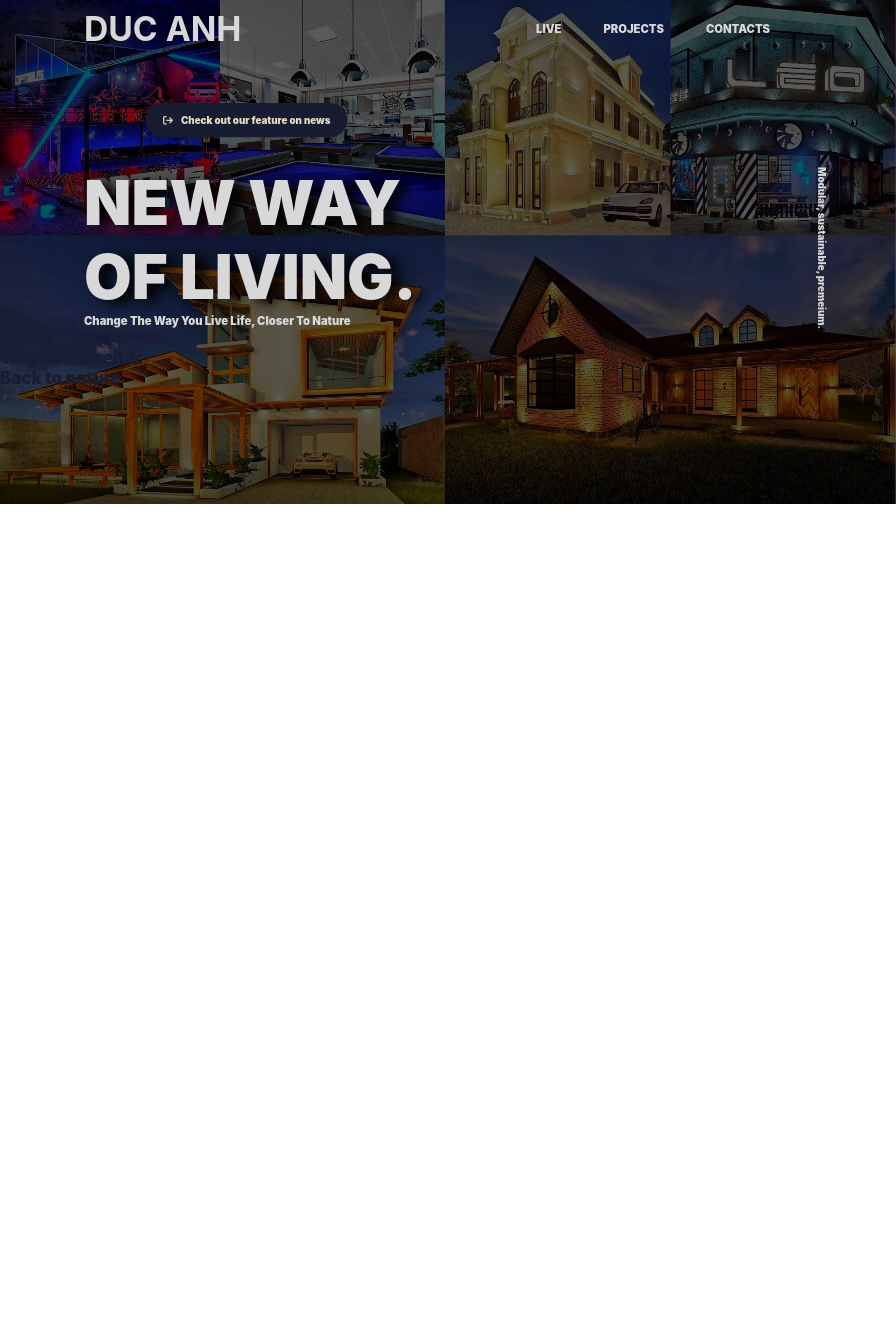
Repository: Ethanxcode/DucAnhNguyen
Page: index.html
The author's editor kept a copy of each file at every save. The page is drawn from the files as they stood at one save, then again after the next save.
The browser window is 1280 px wide. The pictures show the part of the page from y = 0 to 1920 px (the page is 10000 px tall), at 70% of full size.

Above is the page before, as saved 2023-01-14 01:23:24.

After the next save:
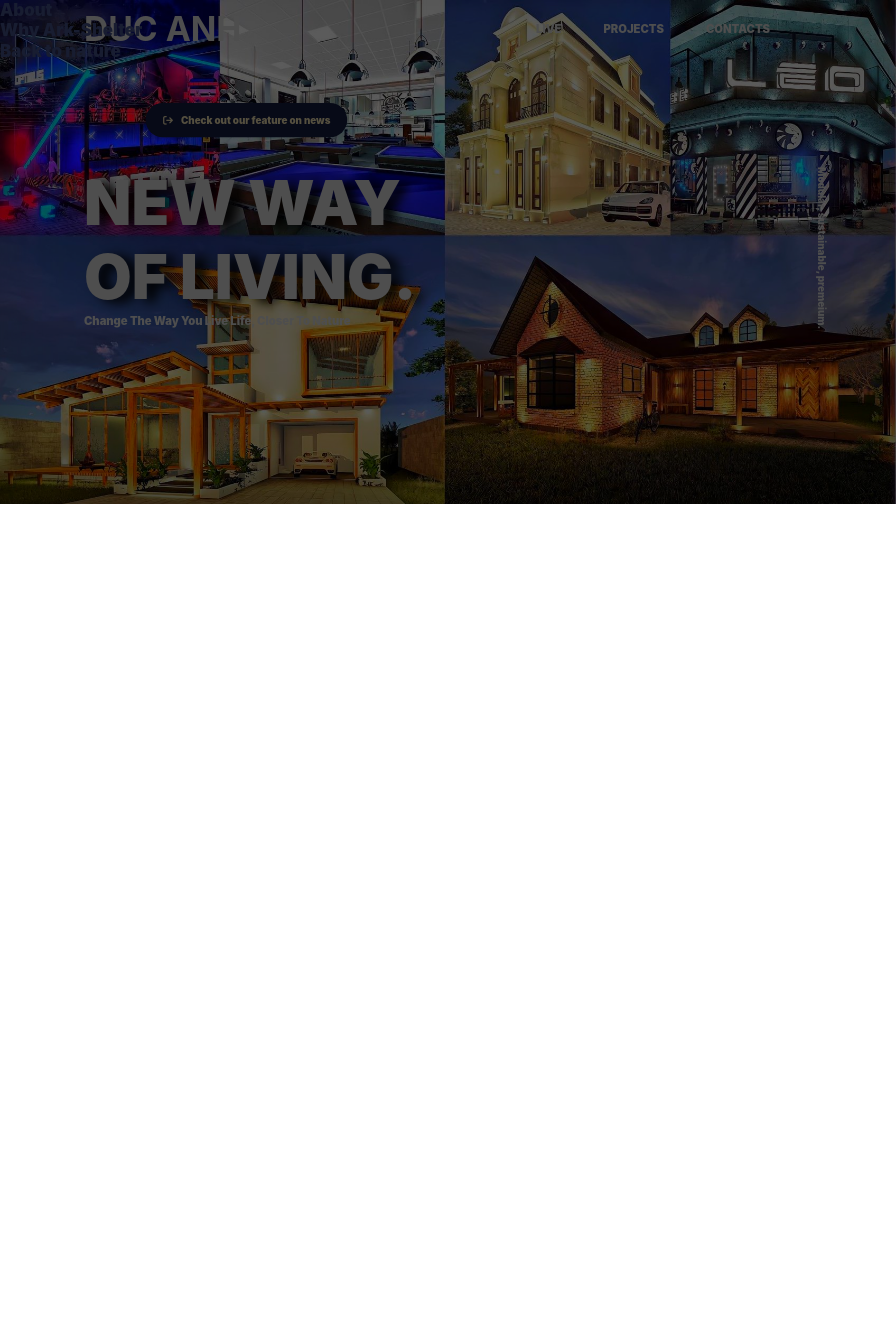
Saved 40 s later.
--- a/index.html
+++ b/index.html
@@ -14,48 +14,54 @@
 	</head>
 	<body>
 		<div id="root">
-			<section class="container header">
-				<div
-					class="bg-image-holder"
-					style="
-						background-image: url(./Assets/241194850_2108411145980762_7904081432669109629_n.jpg);
-					"
-				></div>
-				<nav class="navigation content-above">
-					<ul class="headerMenu">
-						<li>
-							<a href=""><h2 class="textLogo">Duc Anh</h2></a>
-						</li>
-						<li class="subHeaderMenu">
-							<ul>
-								<li>
-									<a href="#" class="inter-black-iron-16px">Live</a>
-								</li>
-								<li>
-									<a href="#" class="inter-black-iron-16px">Projects</a>
-								</li>
-								<li>
-									<a href="#" class="inter-black-iron-16px">Contacts</a>
-								</li>
-							</ul>
-						</li>
-					</ul>
-				</nav>
-				<nav class="heroSubNavigation">
-					<button class="btn inter-black-almod-16px" style="margin-left: 88px">
-						<i class="icon-margin-8px fa-solid fa-arrow-right-from-bracket"></i>
-						Check out our feature on news
-					</button>
-					<h1 class="heroTitle">
-						New way <br />
-						of living.
-					</h1>
-					<p class="inter-black-iron-16px" style="text-transform: capitalize">
-						change the way you live life, closer to nature
-					</p>
-					<p class="childrenSubNav">Modular, sustainable, premeium.</p>
-				</nav>
-			</section>
+			<div
+				class="bg-image-holder"
+				style="
+					background-image: url(./Assets/241194850_2108411145980762_7904081432669109629_n.jpg);
+				"
+			>
+				<section class="container header">
+					<nav class="navigation content-above">
+						<ul class="headerMenu">
+							<li>
+								<a href=""><h2 class="textLogo">Duc Anh</h2></a>
+							</li>
+							<li class="subHeaderMenu">
+								<ul>
+									<li>
+										<a href="#" class="inter-black-iron-16px">Live</a>
+									</li>
+									<li>
+										<a href="#" class="inter-black-iron-16px">Projects</a>
+									</li>
+									<li>
+										<a href="#" class="inter-black-iron-16px">Contacts</a>
+									</li>
+								</ul>
+							</li>
+						</ul>
+					</nav>
+					<nav class="heroSubNavigation">
+						<button
+							class="btn inter-black-almod-16px"
+							style="margin-left: 88px"
+						>
+							<i
+								class="icon-margin-8px fa-solid fa-arrow-right-from-bracket"
+							></i>
+							Check out our feature on news
+						</button>
+						<h1 class="heroTitle">
+							New way <br />
+							of living.
+						</h1>
+						<p class="inter-black-iron-16px" style="text-transform: capitalize">
+							change the way you live life, closer to nature
+						</p>
+						<p class="childrenSubNav">Modular, sustainable, premeium.</p>
+					</nav>
+				</section>
+			</div>
 
 			<div class=""></div>
 			<section class="content-above">

After the save that followed:
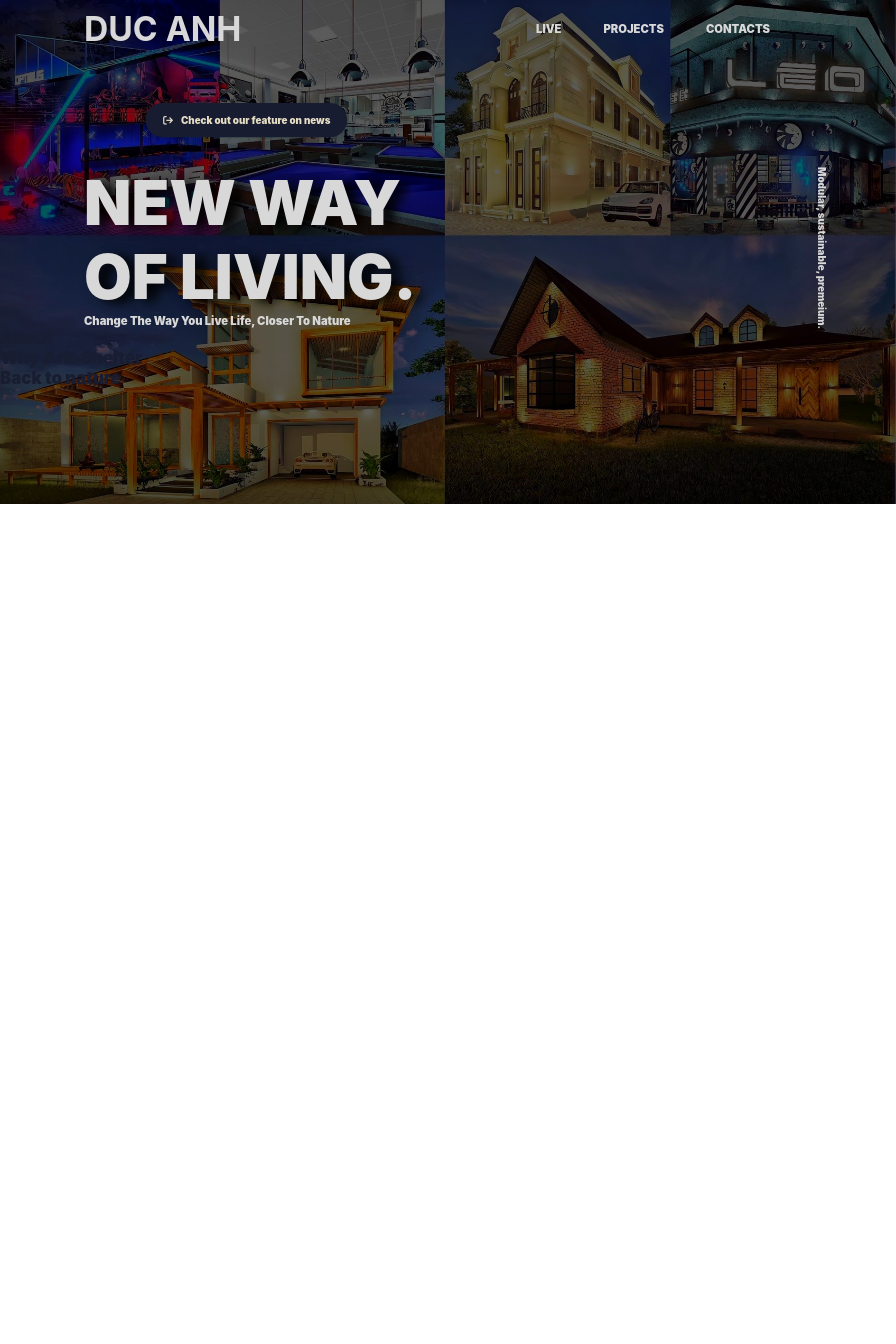
Saved 13 s later.
--- a/index.html
+++ b/index.html
@@ -19,49 +19,43 @@
 				style="
 					background-image: url(./Assets/241194850_2108411145980762_7904081432669109629_n.jpg);
 				"
-			>
-				<section class="container header">
-					<nav class="navigation content-above">
-						<ul class="headerMenu">
-							<li>
-								<a href=""><h2 class="textLogo">Duc Anh</h2></a>
-							</li>
-							<li class="subHeaderMenu">
-								<ul>
-									<li>
-										<a href="#" class="inter-black-iron-16px">Live</a>
-									</li>
-									<li>
-										<a href="#" class="inter-black-iron-16px">Projects</a>
-									</li>
-									<li>
-										<a href="#" class="inter-black-iron-16px">Contacts</a>
-									</li>
-								</ul>
-							</li>
-						</ul>
-					</nav>
-					<nav class="heroSubNavigation">
-						<button
-							class="btn inter-black-almod-16px"
-							style="margin-left: 88px"
-						>
-							<i
-								class="icon-margin-8px fa-solid fa-arrow-right-from-bracket"
-							></i>
-							Check out our feature on news
-						</button>
-						<h1 class="heroTitle">
-							New way <br />
-							of living.
-						</h1>
-						<p class="inter-black-iron-16px" style="text-transform: capitalize">
-							change the way you live life, closer to nature
-						</p>
-						<p class="childrenSubNav">Modular, sustainable, premeium.</p>
-					</nav>
-				</section>
-			</div>
+			></div>
+			<section class="container header">
+				<nav class="navigation content-above">
+					<ul class="headerMenu">
+						<li>
+							<a href=""><h2 class="textLogo">Duc Anh</h2></a>
+						</li>
+						<li class="subHeaderMenu">
+							<ul>
+								<li>
+									<a href="#" class="inter-black-iron-16px">Live</a>
+								</li>
+								<li>
+									<a href="#" class="inter-black-iron-16px">Projects</a>
+								</li>
+								<li>
+									<a href="#" class="inter-black-iron-16px">Contacts</a>
+								</li>
+							</ul>
+						</li>
+					</ul>
+				</nav>
+				<nav class="heroSubNavigation">
+					<button class="btn inter-black-almod-16px" style="margin-left: 88px">
+						<i class="icon-margin-8px fa-solid fa-arrow-right-from-bracket"></i>
+						Check out our feature on news
+					</button>
+					<h1 class="heroTitle">
+						New way <br />
+						of living.
+					</h1>
+					<p class="inter-black-iron-16px" style="text-transform: capitalize">
+						change the way you live life, closer to nature
+					</p>
+					<p class="childrenSubNav">Modular, sustainable, premeium.</p>
+				</nav>
+			</section>
 
 			<div class=""></div>
 			<section class="content-above">
